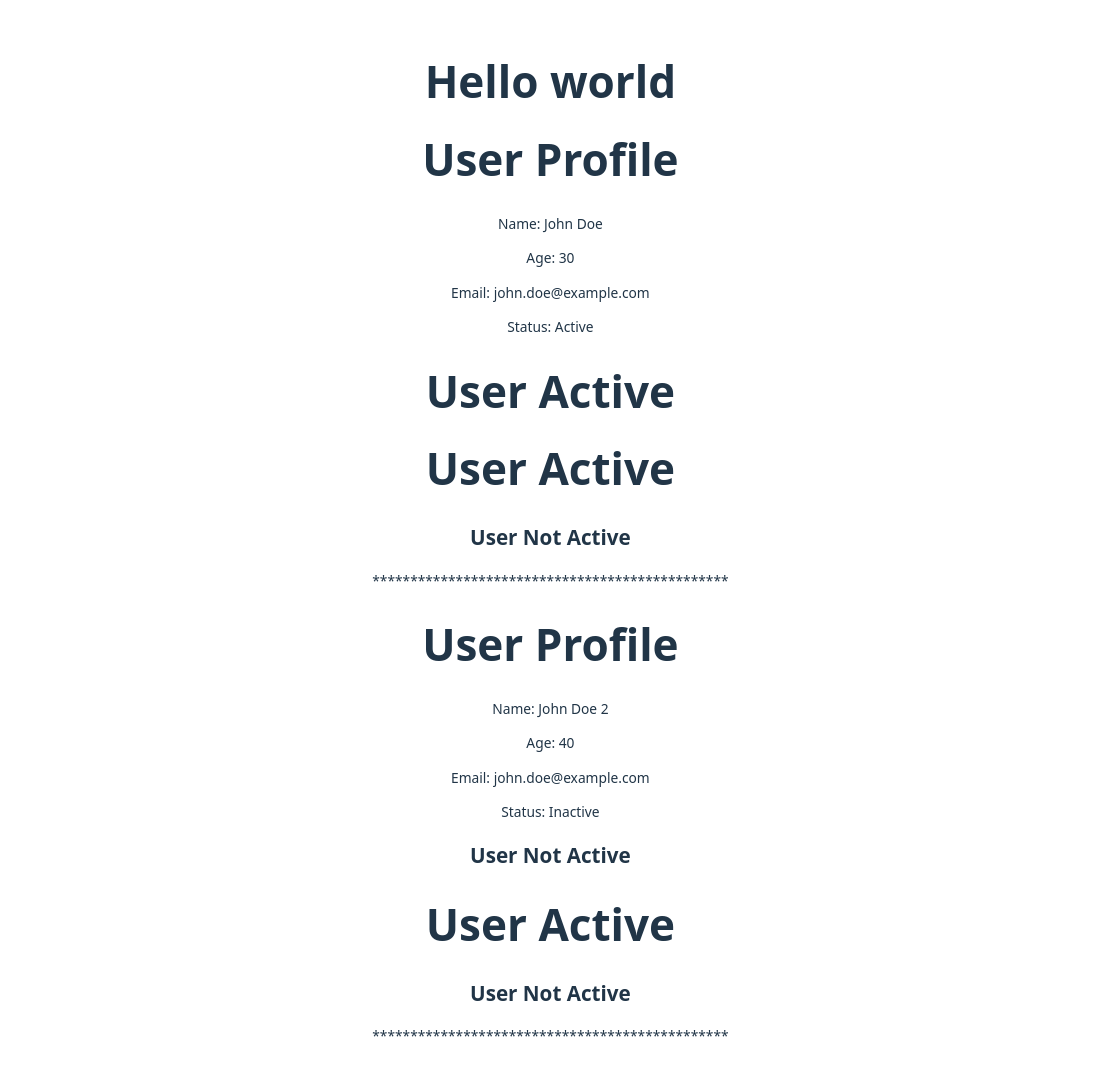
Repository: Janum4444/React-learning
Page: /
These files come from the project's save history. The page is drawn as it stood at one moment and after the next save; the edit follows.
The browser window is 1280 px wide. The pictures show the whole page, at 86% of full size.
The project was rebuilt for these pictures with package versions that can differ from the ones it lists, and the page was loaded fresh each time. Also part of the build but not shown: vite.config.js, src/Button.jsx, src/DynamicToaster.jsx, src/Hello.jsx.

Above is the page before, as saved 2026-02-22 12:45:40.

### src/App.jsx

import './App.css'
import { DynamicToaster } from './DynamicToaster.jsx'
import { Hello } from './Hello.jsx'
import {UserProfile, CustomComponent} from './UserProfile.jsx'

function App() {

  // let product = [
  //   {
  //     id: 1,
  //     name: "Product 1",
  //     price: 100
  //   },
  //   {
  //     id: 2,
  //     name: "Product 2",
  //     price: 200
  //   }
  // ]

  return (
    <>
      <div>
        <h1> Hello world</h1>
        <UserProfile name="John Doe" age={30} email="john.doe@example.com" isActive={true} />
        <UserProfile name="John Doe 2" age={40} email="john.doe@example.com" isActive={false} />




        {/* <CustomComponent />
        <Hello />   */}
        {/* <DynamicToaster  product={product[0]} />

        {/* //company creation */}
        {/* <DynamicToaster message="Company created successfully!" product={product[0]} label="Company close" temp="temp data" />

        <DynamicToaster message="Role created successfully!" />   */}


      </div>
    </>
  )
}

export default App

### src/UserProfile.jsx


export const UserProfile = ({name, age, email, isActive}) => {
    return (
        <div>
            <h1> User Profile </h1>
            <p>Name: {name}</p>
            <p>Age: {age}</p>
            <p>Email: {email}</p>
            <p>Status: {isActive ? "Active" : "Inactive"}</p>

            {
                isActive ?
                <h1>User Active</h1> :
                <h2>User Not Active</h2>
            }


            <h1>User Active</h1>
            <h2>User Not Active</h2>
            <p>***********************************************</p>
        </div>
    )
}


export const CustomComponent = () => {
    return (
        <div>
            <h1> Custom Component </h1>
        </div>
    )
}

Loaded but not shown: src/main.jsx (common file); src/index.css (common file); src/App.css (common file)

After the next save:
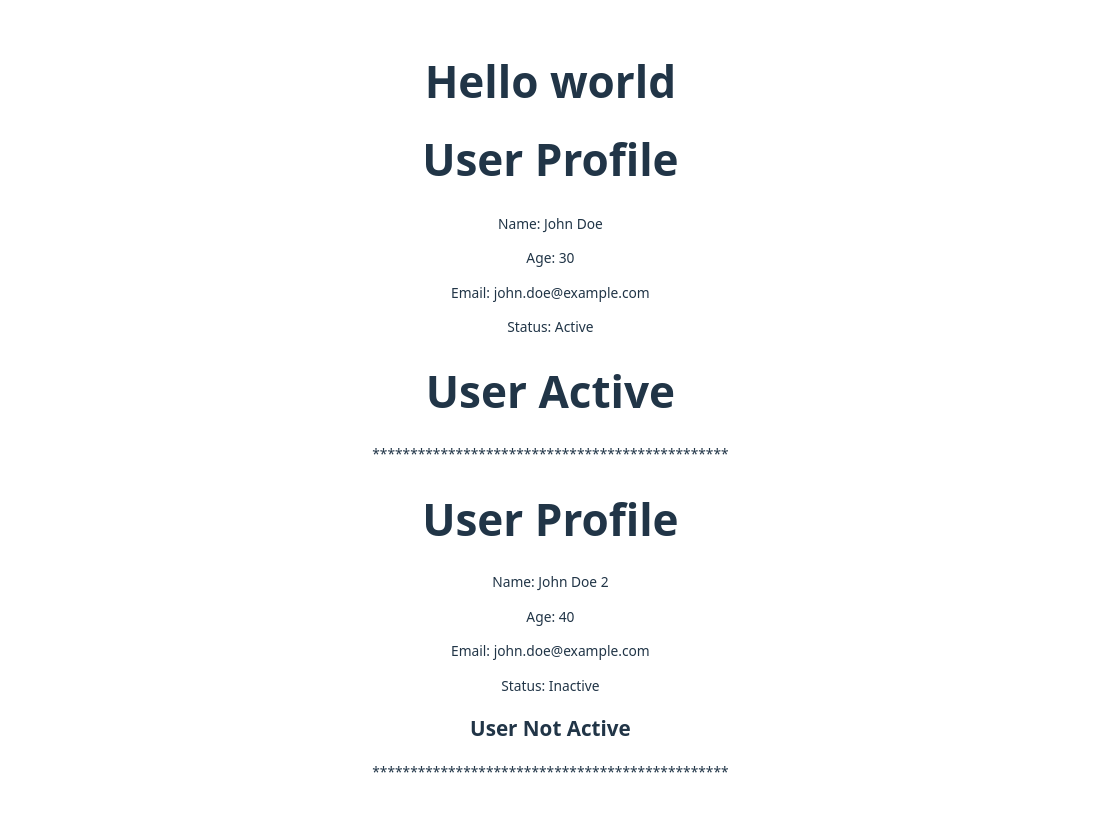
Saved 17 s later.
--- a/src/UserProfile.jsx
+++ b/src/UserProfile.jsx
@@ -16,8 +16,8 @@ export const UserProfile = ({name, age, email, isActive}) => {
             }
 
 
-            <h1>User Active</h1>
-            <h2>User Not Active</h2>
+            {/* <h1>User Active</h1>
+            <h2>User Not Active</h2> */}
             <p>***********************************************</p>
         </div>
     )
